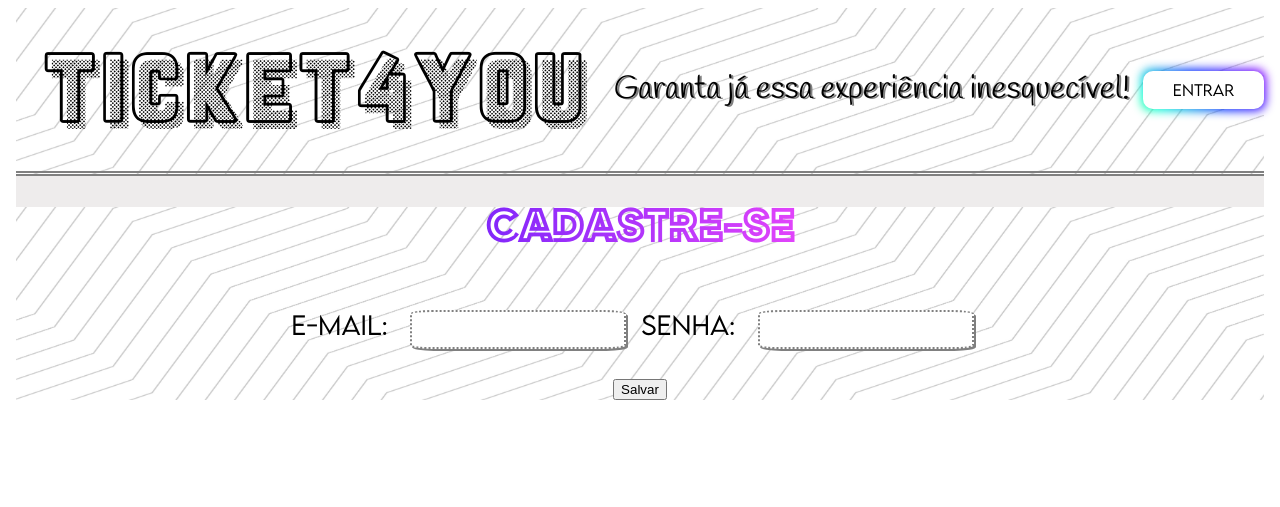
Repository: hellengurgaczz/projeto-DSA
Page: /login/cadastro
The author's editor kept a copy of each file at every save. The page is drawn from the files as they stood at one save, then again after a run of saves.
The browser window is 1280 px wide. The pictures show the whole page.
The project was rebuilt for these pictures with package versions that can differ from the ones it lists, and the page was loaded fresh each time. Also part of the build but not shown: angular.json, src/app/ingressos/templates/cadastrar/cadastrar.component.ts, src/app/models/ingresso.model.ts, src/app/services/ingresso.service.ts, src/app/compra/comprar-ingresso/comprar-ingresso.component.ts, src/app/models/compra.model.ts, src/app/services/compra.service.ts, src/app/ingressos/templates/deletar/deletar.component.ts and 3 more.

Above is the page before, as saved 2022-05-30 14:23:05.

After the next 4 saves:
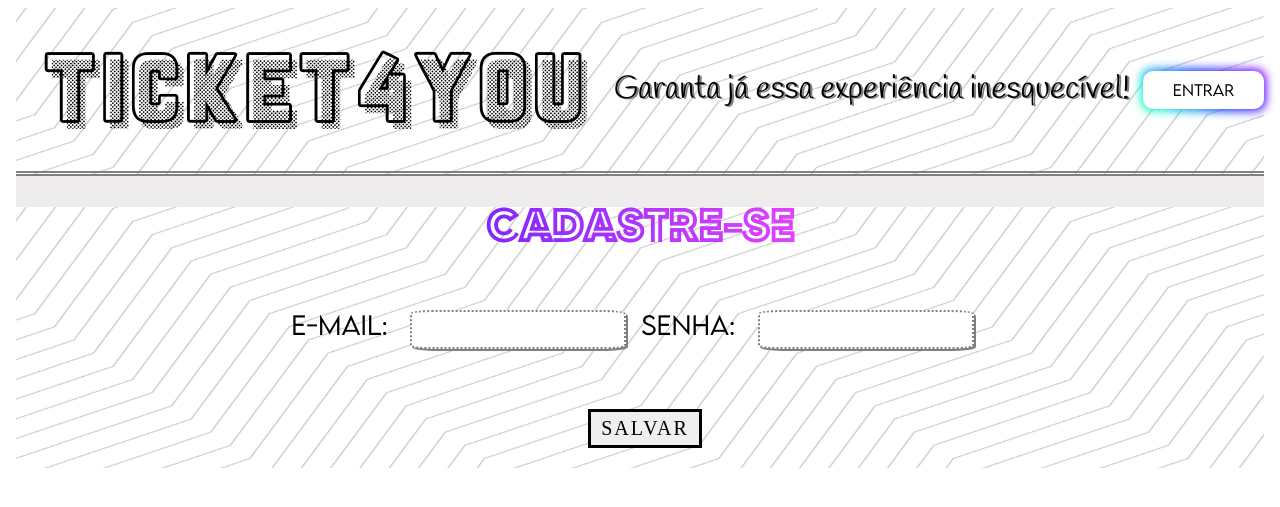
The 4 saves are shown as one change because they came seconds apart.
The last was saved 33 s later.
--- a/src/app/login/login-cadastro/login-cadastro.component.css
+++ b/src/app/login/login-cadastro/login-cadastro.component.css
@@ -37,7 +37,7 @@
   margin: 0;
 }
 
-.btnSalvarLogin{
+.btnSalvarLogin, .primary{
   font-family: LEMONMILKLight;
   font-size: 20px;
   letter-spacing: 2px;
@@ -55,7 +55,7 @@
   margin: 25px;
 }
 
-.btnSalvarLogin:active{
+.btnSalvarLogin:active, .primary{
   box-shadow: 0px 0px 0px 0px;
   top: 5px;
   left: 5px;
